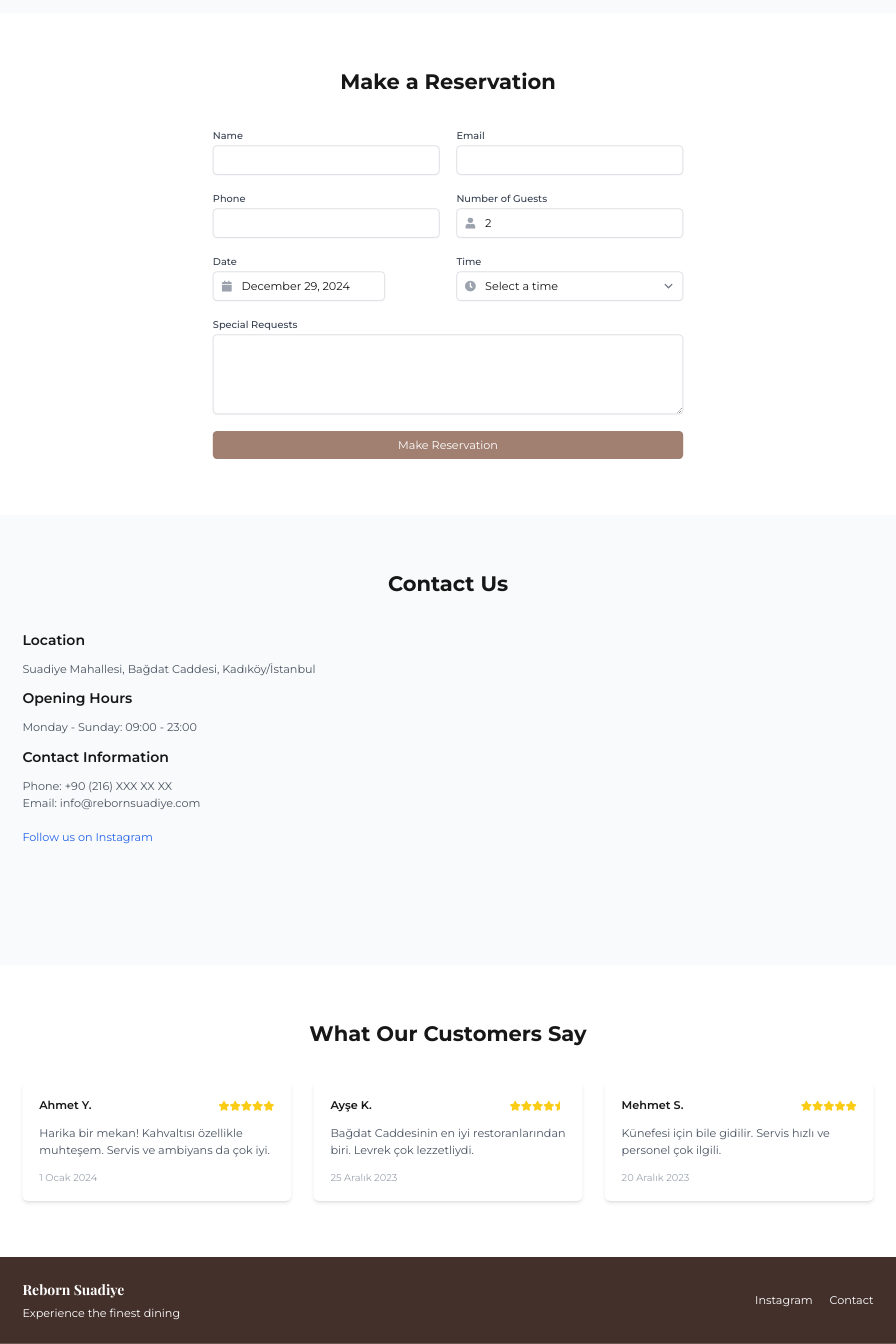
Repository: burakdemirrr/restaurant-website
Page: /
The author's editor kept a copy of each file at every save. The page is drawn from the files as they stood at one save, then again after the next save.
The browser window is 1280 px wide. The pictures show the part of the page from y = 3664 to 5584 px (the page is 5584 px tall), at 70% of full size.
Pictures or frames that could not be fetched are drawn as grey boxes. The page's requests for data from a server got no answer. Some web fonts or font styles are not loaded; a fallback is used. The project was rebuilt for these pictures with package versions that can differ from the ones it lists, and the page was loaded fresh each time. The framework's server and built-in components were replaced by stand-ins that run in the browser. No one was signed in, and anything a server would have sent is missing. Also part of the build but not shown: next.config.ts.

Above is the page before, as saved 2025-01-06 14:39:30.

### src/app/layout.tsx
import type { Metadata } from "next";
import { Playfair_Display, Montserrat } from "next/font/google";
import "./globals.css";
import MobileNav from "@/components/MobileNav";

const playfair = Playfair_Display({
  subsets: ["latin"],
  variable: '--font-playfair',
});

const montserrat = Montserrat({
  subsets: ["latin"],
  variable: '--font-montserrat',
});

export const metadata: Metadata = {
  title: "Reborn Suadiye - Restaurant & Cafe",
  description: "Experience the finest dining at Reborn Suadiye. Make your reservations online and enjoy our delicious menu.",
};

export default function RootLayout({
  children,
}: {
  children: React.ReactNode
}) {
  return (
    <html lang="en" className={`scroll-smooth ${playfair.variable} ${montserrat.variable}`}>
      <body className={montserrat.className}>
        <nav className="fixed top-0 w-full bg-white/90 backdrop-blur-sm z-50 shadow-sm transition-all duration-300 hover:bg-white">
          <div className="max-w-7xl mx-auto px-4 sm:px-6 lg:px-8">
            <div className="flex justify-between h-16">
              <div className="flex items-center">
                <a href="/" className="text-xl font-bold font-playfair hover:text-primary-600 transition-colors">Reborn Suadiye</a>
              </div>
              <div className="hidden sm:flex sm:items-center sm:space-x-8">
                <a href="#about" className="hover:text-primary-600 transition-colors">About</a>
                <a href="#menu" className="hover:text-primary-600 transition-colors">Menu</a>
                <a href="#reservations" className="hover:text-primary-600 transition-colors">Reservations</a>
                <a href="#contact" className="hover:text-primary-600 transition-colors">Contact</a>
                <a href="#reviews" className="hover:text-primary-600 transition-colors">Reviews</a>
              </div>
              <MobileNav />
            </div>
          </div>
        </nav>
        <main className="pt-16">
          {children}
        </main>
        <footer className="bg-primary-900 text-white py-8">
          <div className="max-w-7xl mx-auto px-4 sm:px-6 lg:px-8">
            <div className="flex flex-col md:flex-row justify-between items-center">
              <div className="mb-4 md:mb-0">
                <h3 className="text-xl font-bold font-playfair">Reborn Suadiye</h3>
                <p className="mt-2">Experience the finest dining</p>
              </div>
              <div className="flex space-x-6">
                <a href="https://instagram.com/reborn.suadiye" target="_blank" rel="noopener noreferrer" className="hover:text-primary-300 transition-colors">
                  Instagram
                </a>
                <a href="#contact" className="hover:text-primary-300 transition-colors">Contact</a>
              </div>
            </div>
          </div>
        </footer>
      </body>
    </html>
  );
}

### src/app/page.tsx
import Image from 'next/image'
import ReservationForm from '@/components/ReservationForm'
import Menu from '@/components/Menu'
import GoogleReviews from '@/components/GoogleReviews'

export default function Home() {
  return (
    <div className="min-h-screen">
      {/* Hero Section */}
      <section className="relative h-screen">
        <div className="absolute inset-0">
          <Image
            src="/hero-image.jpg"
            alt="Reborn Suadiye Restaurant"
            fill
            className="object-cover"
            priority
          />
          <div className="absolute inset-0 bg-black/50" />
        </div>
        <div className="relative h-full flex items-center justify-center text-white text-center">
          <div>
            <h1 className="text-5xl md:text-6xl font-bold mb-4">Reborn Suadiye</h1>
            <p className="text-xl md:text-2xl">Experience the finest dining in Suadiye</p>
          </div>
        </div>
      </section>

      {/* About Section */}
      <section id="about" className="py-20 bg-white">
        <div className="max-w-7xl mx-auto px-4 sm:px-6 lg:px-8">
          <h2 className="text-3xl font-bold text-center mb-12">About Us</h2>
          <div className="grid md:grid-cols-2 gap-12 items-center">
            <div>
              <p className="text-lg text-gray-600">
                Welcome to Reborn Suadiye, where culinary excellence meets warm hospitality.
                Our restaurant offers a unique dining experience with a perfect blend of
                traditional and modern cuisine.
              </p>
            </div>
            <div className="relative h-[400px]">
              <Image
                src="/about-image.jpg"
                alt="About Reborn Suadiye"
                fill
                className="object-cover rounded-lg"
              />
            </div>
          </div>
        </div>
      </section>

      {/* Menu Section */}
      <section id="menu" className="py-20 bg-gray-50">
        <div className="max-w-7xl mx-auto px-4 sm:px-6 lg:px-8">
          <h2 className="text-3xl font-bold text-center mb-12">Our Menu</h2>
          <Menu />
        </div>
      </section>

      {/* Reservations Section */}
      <section id="reservations" className="py-20 bg-white">
        <div className="max-w-7xl mx-auto px-4 sm:px-6 lg:px-8">
          <h2 className="text-3xl font-bold text-center mb-12">Make a Reservation</h2>
          <ReservationForm />
        </div>
      </section>

      {/* Contact Section */}
      <section id="contact" className="py-20 bg-gray-50">
        <div className="max-w-7xl mx-auto px-4 sm:px-6 lg:px-8">
          <h2 className="text-3xl font-bold text-center mb-12">Contact Us</h2>
          <div className="grid md:grid-cols-2 gap-12">
            <div>
              <h3 className="text-xl font-semibold mb-4">Location</h3>
              <p className="text-gray-600 mb-4">Suadiye Mahallesi, Bağdat Caddesi, Kadıköy/İstanbul</p>
              <h3 className="text-xl font-semibold mb-4">Opening Hours</h3>
              <p className="text-gray-600 mb-4">
                Monday - Sunday: 09:00 - 23:00
              </p>
              <h3 className="text-xl font-semibold mb-4">Contact Information</h3>
              <p className="text-gray-600">Phone: +90 (216) XXX XX XX</p>
              <p className="text-gray-600">Email: info@rebornsuadiye.com</p>
              <div className="mt-6">
                <a
                  href="https://instagram.com/reborn.suadiye"
                  target="_blank"
                  rel="noopener noreferrer"
                  className="text-blue-600 hover:text-blue-800"
                >
                  Follow us on Instagram
                </a>
              </div>
            </div>
            <div className="h-[400px] relative">
              <iframe
                src="https://www.google.com/maps/embed?pb=!1m18!1m12!1m3!1d3011.1234567890123!2d29.0876543210987!3d40.9876543210987!2m3!1f0!2f0!3f0!3m2!1i1024!2i768!4f13.1!3m3!1m2!1s0x0%3A0x0!2zNDDCsDU5JzE1LjYiTiAyOcKwMDUnMTAuMiJF!5e0!3m2!1sen!2str!4v1234567890123!5m2!1sen!2str"
                width="100%"
                height="100%"
                style={{ border: 0 }}
                allowFullScreen
                loading="lazy"
                referrerPolicy="no-referrer-when-downgrade"
              />
            </div>
          </div>
        </div>
      </section>

      {/* Reviews Section */}
      <section id="reviews" className="py-20 bg-white">
        <div className="max-w-7xl mx-auto px-4 sm:px-6 lg:px-8">
          <h2 className="text-3xl font-bold text-center mb-12">What Our Customers Say</h2>
          <GoogleReviews />
        </div>
      </section>
    </div>
  )
}

### src/components/MobileNav.tsx
'use client'

import React, { useState } from 'react'
import { FaBars, FaTimes } from 'react-icons/fa'

export default function MobileNav() {
  const [isOpen, setIsOpen] = useState(false)

  const toggleMenu = () => {
    setIsOpen(!isOpen)
  }

  return (
    <div className="sm:hidden">
      <button
        onClick={toggleMenu}
        className="p-2 text-gray-600 hover:text-gray-900 focus:outline-none"
      >
        {isOpen ? <FaTimes size={24} /> : <FaBars size={24} />}
      </button>

      {isOpen && (
        <div className="absolute top-16 left-0 right-0 bg-white shadow-lg py-2">
          <a
            href="#about"
            className="block px-4 py-2 text-gray-800 hover:bg-gray-100"
            onClick={toggleMenu}
          >
            About
          </a>
          <a
            href="#menu"
            className="block px-4 py-2 text-gray-800 hover:bg-gray-100"
            onClick={toggleMenu}
          >
            Menu
          </a>
          <a
            href="#reservations"
            className="block px-4 py-2 text-gray-800 hover:bg-gray-100"
            onClick={toggleMenu}
          >
            Reservations
          </a>
          <a
            href="#contact"
            className="block px-4 py-2 text-gray-800 hover:bg-gray-100"
            onClick={toggleMenu}
          >
            Contact
          </a>
          <a
            href="#reviews"
            className="block px-4 py-2 text-gray-800 hover:bg-gray-100"
            onClick={toggleMenu}
          >
            Reviews
          </a>
        </div>
      )}
    </div>
  )
}

### src/components/Menu.tsx
import React from 'react'
import Image from 'next/image'

interface MenuItem {
  id: number
  name: string
  description: string
  price: string
  category: string
  image: string
}

const menuItems: MenuItem[] = [
  // Breakfast Items
  {
    id: 1,
    name: 'Kahvaltı Tabağı',
    description: 'Zengin serpme kahvaltı tabağı, taze pişmiş ekmekler, özel reçeller',
    price: '₺250',
    category: 'Kahvaltı',
    image: '/menu/kahvalti.jpg'
  },
  {
    id: 2,
    name: 'Menemen',
    description: 'Taze domatesler, biberler ve yumurta ile hazırlanan klasik menemen',
    price: '₺120',
    category: 'Kahvaltı',
    image: '/menu/menemen.jpg'
  },

  // Main Courses
  {
    id: 3,
    name: 'Izgara Levrek',
    description: 'Taze levrek, mevsim sebzeleri ile servis edilir',
    price: '₺380',
    category: 'Ana Yemekler',
    image: '/menu/levrek.jpg'
  },
  {
    id: 4,
    name: 'Bonfile',
    description: 'Özel marine edilmiş dana bonfile, mantar sosu ile',
    price: '₺450',
    category: 'Ana Yemekler',
    image: '/menu/bonfile.jpg'
  },
  {
    id: 5,
    name: 'Köfte',
    description: 'El yapımı köfte, özel baharatlar ile',
    price: '₺280',
    category: 'Ana Yemekler',
    image: '/menu/kofte.jpg'
  },

  // Salads
  {
    id: 6,
    name: 'Sezar Salata',
    description: 'Izgara tavuk, marul, parmesan peyniri, kruton ve özel sos',
    price: '₺180',
    category: 'Salatalar',
    image: '/menu/sezar.jpg'
  },
  {
    id: 7,
    name: 'Akdeniz Salata',
    description: 'Taze roka, cherry domates, zeytinyağı ve balzamik sos',
    price: '₺160',
    category: 'Salatalar',
    image: '/menu/akdeniz.jpg'
  },

  // Desserts
  {
    id: 8,
    name: 'Künefe',
    description: 'Ev yapımı künefe, kaymak ile servis edilir',
    price: '₺160',
    category: 'Tatlılar',
    image: '/menu/kunefe.jpg'
  },
  {
    id: 9,
    name: 'Cheesecake',
    description: 'Ev yapımı cheesecake, mevsim meyveleri ile',
    price: '₺140',
    category: 'Tatlılar',
    image: '/menu/cheesecake.jpg'
  },

  // Beverages
  {
    id: 10,
    name: 'Türk Kahvesi',
    description: 'Geleneksel Türk kahvesi',
    price: '₺50',
    category: 'İçecekler',
    image: '/menu/turk-kahvesi.jpg'
  },
  {
    id: 11,
    name: 'Taze Sıkılmış Portakal Suyu',
    description: 'Günlük taze sıkılmış portakal suyu',
    price: '₺60',
    category: 'İçecekler',
    image: '/menu/portakal.jpg'
  }
]

const categories = Array.from(new Set(menuItems.map(item => item.category)))

export default function Menu() {
  return (
    <div className="w-full">
      {categories.map((category, categoryIndex) => (
        <div key={category} className="mb-12 animate-fade-in" style={{ animationDelay: `${categoryIndex * 0.2}s` }}>
          <h3 className="text-2xl font-semibold mb-6 font-playfair">{category}</h3>
          <div className="grid grid-cols-1 md:grid-cols-2 lg:grid-cols-3 gap-8">
            {menuItems
              .filter(item => item.category === category)
              .map((item, index) => (
                <div
                  key={item.id}
                  className="bg-white rounded-lg shadow-md overflow-hidden hover:shadow-lg transition-all duration-300 transform hover:-translate-y-1 animate-slide-up"
                  style={{ animationDelay: `${(categoryIndex * 0.2) + (index * 0.1)}s` }}
                >
                  <div className="relative h-48 overflow-hidden group">
                    <Image
                      src={item.image}
                      alt={item.name}
                      fill
                      className="object-cover transition-transform duration-300 group-hover:scale-110"
                    />
                    <div className="absolute inset-0 bg-black/20 opacity-0 group-hover:opacity-100 transition-opacity duration-300" />
                  </div>
                  <div className="p-4">
                    <div className="flex justify-between items-start mb-2">
                      <h4 className="text-lg font-semibold font-playfair">{item.name}</h4>
                      <span className="text-lg font-medium text-primary-600">
                        {item.price}
                      </span>
                    </div>
                    <p className="text-gray-600">{item.description}</p>
                  </div>
                </div>
              ))}
          </div>
        </div>
      ))}
    </div>
  )
}

### src/components/GoogleReviews.tsx
import React from 'react'
import { FaStar, FaStarHalf } from 'react-icons/fa'

interface Review {
  id: number
  author: string
  rating: number
  text: string
  date: string
}

const reviews: Review[] = [
  {
    id: 1,
    author: 'Ahmet Y.',
    rating: 5,
    text: 'Harika bir mekan! Kahvaltısı özellikle muhteşem. Servis ve ambiyans da çok iyi.',
    date: '2024-01-01'
  },
  {
    id: 2,
    author: 'Ayşe K.',
    rating: 4.5,
    text: 'Bağdat Caddesinin en iyi restoranlarından biri. Levrek çok lezzetliydi.',
    date: '2023-12-25'
  },
  {
    id: 3,
    author: 'Mehmet S.',
    rating: 5,
    text: 'Künefesi için bile gidilir. Servis hızlı ve personel çok ilgili.',
    date: '2023-12-20'
  }
]

function RatingStars({ rating }: { rating: number }) {
  const fullStars = Math.floor(rating)
  const hasHalfStar = rating % 1 !== 0

  return (
    <div className="flex text-yellow-400">
      {[...Array(fullStars)].map((_, i) => (
        <FaStar key={i} />
      ))}
      {hasHalfStar && <FaStarHalf />}
    </div>
  )
}

export default function GoogleReviews() {
  return (
    <div className="grid grid-cols-1 md:grid-cols-2 lg:grid-cols-3 gap-8">
      {reviews.map((review) => (
        <div
          key={review.id}
          className="bg-white p-6 rounded-lg shadow-md hover:shadow-lg transition-shadow"
        >
          <div className="flex items-center justify-between mb-4">
            <h3 className="font-semibold">{review.author}</h3>
            <RatingStars rating={review.rating} />
          </div>
          <p className="text-gray-600 mb-4">{review.text}</p>
          <p className="text-sm text-gray-400">
            {new Date(review.date).toLocaleDateString('tr-TR', {
              year: 'numeric',
              month: 'long',
              day: 'numeric'
            })}
          </p>
        </div>
      ))}
    </div>
  )
}

### tailwind.config.ts
import type { Config } from "tailwindcss";

const config: Config = {
  content: [
    "./src/pages/**/*.{js,ts,jsx,tsx,mdx}",
    "./src/components/**/*.{js,ts,jsx,tsx,mdx}",
    "./src/app/**/*.{js,ts,jsx,tsx,mdx}",
  ],
  theme: {
    extend: {
      colors: {
        primary: {
          50: '#fdf8f6',
          100: '#f2e8e5',
          200: '#eaddd7',
          300: '#e0cec7',
          400: '#d2bab0',
          500: '#bfa094',
          600: '#a18072',
          700: '#977669',
          800: '#846358',
          900: '#43302b',
        },
      },
      fontFamily: {
        playfair: ['var(--font-playfair)'],
        montserrat: ['var(--font-montserrat)'],
      },
      animation: {
        'fade-in': 'fadeIn 0.5s ease-in-out',
        'slide-up': 'slideUp 0.5s ease-out',
        'slide-down': 'slideDown 0.3s ease-out',
      },
      keyframes: {
        fadeIn: {
          '0%': { opacity: '0' },
          '100%': { opacity: '1' },
        },
        slideUp: {
          '0%': { transform: 'translateY(20px)', opacity: '0' },
          '100%': { transform: 'translateY(0)', opacity: '1' },
        },
        slideDown: {
          '0%': { transform: 'translateY(-20px)', opacity: '0' },
          '100%': { transform: 'translateY(0)', opacity: '1' },
        },
      },
    },
  },
  plugins: [
    require('@tailwindcss/forms'),
  ],
};

export default config;

Loaded but not shown: src/app/globals.css (common file); src/components/ReservationForm.tsx (225 lines, source omitted)

After the next save:
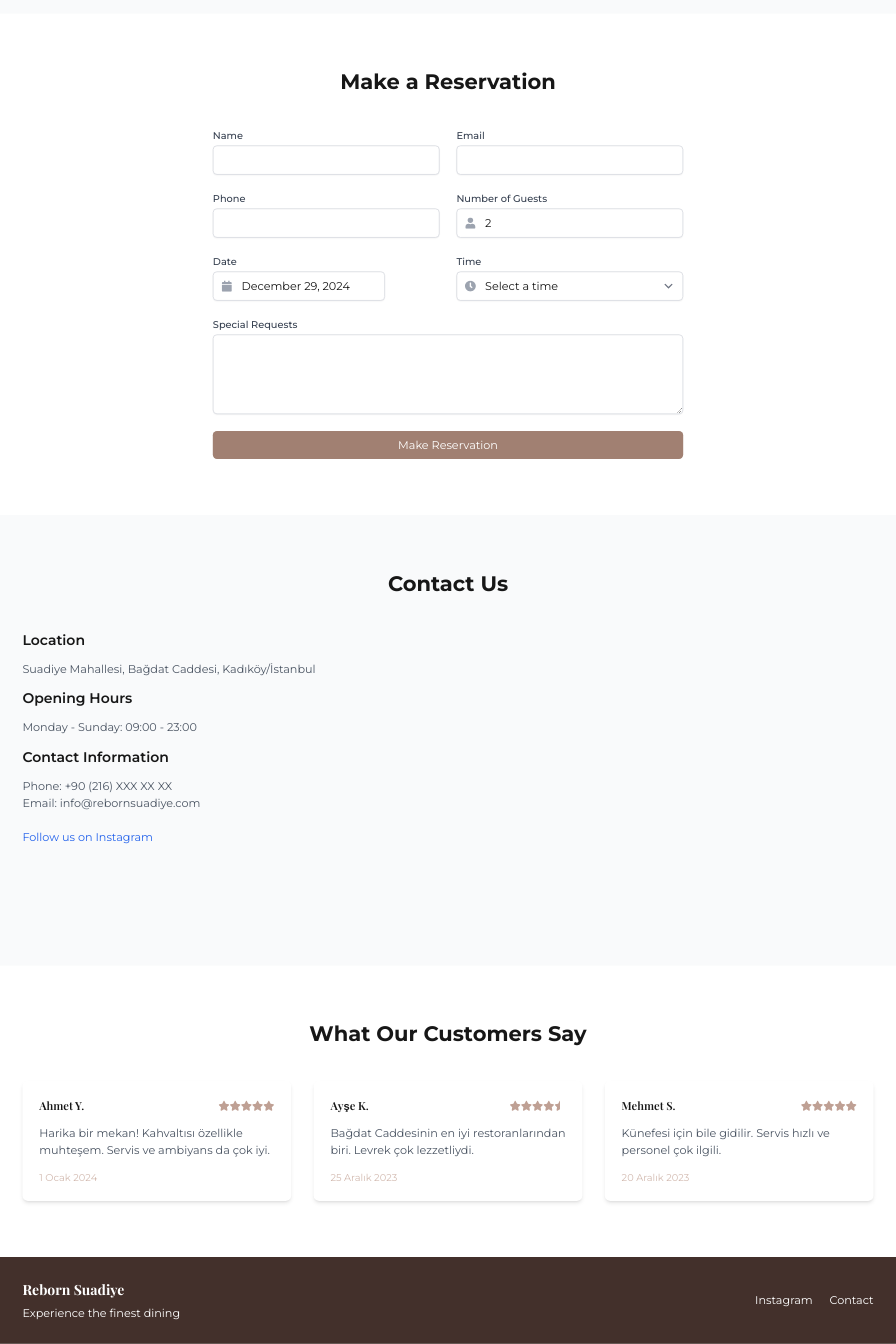
Saved 15 s later.
--- a/src/components/GoogleReviews.tsx
+++ b/src/components/GoogleReviews.tsx
@@ -38,11 +38,11 @@ function RatingStars({ rating }: { rating: number }) {
   const hasHalfStar = rating % 1 !== 0
 
   return (
-    <div className="flex text-yellow-400">
+    <div className="flex text-primary-500">
       {[...Array(fullStars)].map((_, i) => (
-        <FaStar key={i} />
+        <FaStar key={i} className="transform hover:scale-110 transition-transform" />
       ))}
-      {hasHalfStar && <FaStarHalf />}
+      {hasHalfStar && <FaStarHalf className="transform hover:scale-110 transition-transform" />}
     </div>
   )
 }
@@ -50,17 +50,20 @@ function RatingStars({ rating }: { rating: number }) {
 export default function GoogleReviews() {
   return (
     <div className="grid grid-cols-1 md:grid-cols-2 lg:grid-cols-3 gap-8">
-      {reviews.map((review) => (
+      {reviews.map((review, index) => (
         <div
           key={review.id}
-          className="bg-white p-6 rounded-lg shadow-md hover:shadow-lg transition-shadow"
+          className="bg-white p-6 rounded-lg shadow-md hover:shadow-lg transition-all duration-300 transform hover:-translate-y-1 animate-slide-up"
+          style={{ animationDelay: `${index * 0.2}s` }}
         >
           <div className="flex items-center justify-between mb-4">
-            <h3 className="font-semibold">{review.author}</h3>
+            <h3 className="font-semibold font-playfair">{review.author}</h3>
             <RatingStars rating={review.rating} />
           </div>
-          <p className="text-gray-600 mb-4">{review.text}</p>
-          <p className="text-sm text-gray-400">
+          <p className="text-gray-600 mb-4 line-clamp-3 hover:line-clamp-none transition-all duration-300">
+            {review.text}
+          </p>
+          <p className="text-sm text-primary-400">
             {new Date(review.date).toLocaleDateString('tr-TR', {
               year: 'numeric',
               month: 'long',
